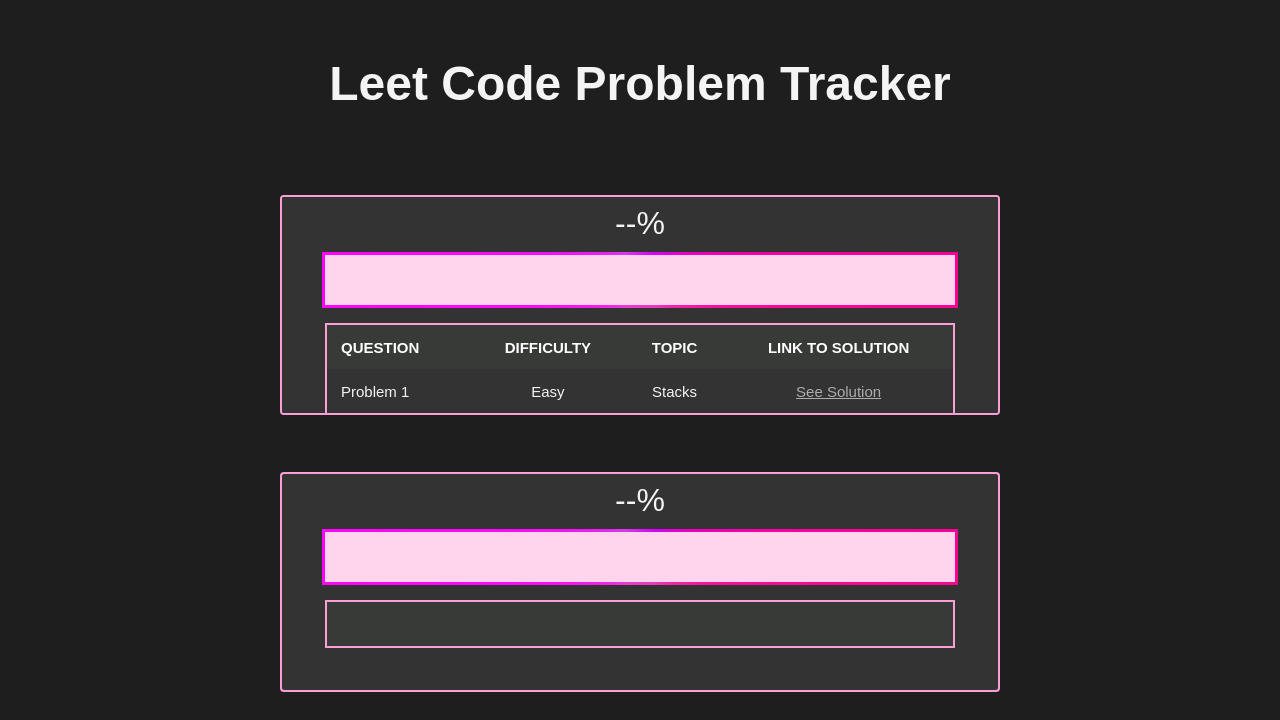
Repository: bbrockbrown/leet-code-tracker
Page: index.html
An editor plug-in stored every save of this project. The page is shown before and after the next save, followed by the edit.
The browser window is 1280 px wide. The pictures show the whole page.

Above is the page before, as saved 2024-07-28 17:33:24.

### index.html
<!DOCTYPE html>
<html lang="en">
<head>
    <meta charset="UTF-8">
    <meta name="viewport" content="width=device-width, initial-scale=1.0">
    <link rel="stylesheet" href="styles.css">
    <script>src="script.js"</script>
    <title>Document</title>
</head>
<body>
    <div class="main">
        <h1 id="header">Leet Code Problem Tracker</h1>
    </div>

    <div class="tracking-container">
        <!-- Have some script grab random leet code problems daily -->
        <div class="todo-tracking">
            <div class="todo-percent">--%</div>
            <div class="progressbar" id="todo-bar"> <!--% Container for progressbar --> </div>
            <table>
                <tbody>
                    <tr>
                        <th>Question</th>
                        <th>Difficulty</th>
                        <th>Topic</th>
                        <th>Link to Solution</th>
                    </tr>

                    <tr>
                        <td>Problem 1</td>
                        <td class="easy-prob">Easy</td>
                        <td class="topic">Stacks</td>
                        <td class="solution"><a href="">See Solution</a></td>
                    </tr>

                    <tr>
                        <td>Problem 1</td>
                        <td class="easy-prob">Easy</td>
                        <td class="topic">Stacks</td>
                        <td class="solution"><a href="">See Solution</a></td>
                    </tr>
                </tbody>
            </table>
        </div>

        <!-- Brings to page with links to completed problems, area to write
         notes about how it was solved, topics used, etc-->
        <div class="completed-tracking">
            <div class="completed-percent">--%</div>
            <div class="progressbar" id="completed-bar"> <!--% Container for progressbar --> </div>
            <table>
                <tbody>
                    <tr>
                        <th></th>
                        <th></th>
                        <th></th>
                    </tr>
                </tbody>
            </table>
        </div>
    </div>
</body>
</html>

### styles.css
:root {
    --tracking-border-color: rgb(255, 159, 213);
}

@keyframes rotate {
	to {
		--angle: 360deg;
	}
}

@property --angle {
  syntax: '<angle>';
  initial-value: 0deg;
  inherits: false;
}

html, body {
    height: 100%;
    display: flex;
    flex-direction: column;
  }

head {
    display: none;
}

body {
    font-family: Arial, sans-serif;
    background: #1e1e1e;
    margin: 0;
    padding: 0;
    color: #f4f4f4;
    overflow: hidden;
    font-size: 90%;
}

.main {
    display: flex;
    flex-flow: column;
    justify-content: center;
    align-items: center;
    padding: 24px;
}

#header {
    font-size: 48px;
}

.tracking-container {
    display: flex;
    flex-flow: row wrap;
    align-items: center;
    justify-content: space-evenly;
    height: 100%;
}

.todo-tracking, .completed-tracking {
    border: 2px solid var(--tracking-border-color);
    border-radius: 4px;
    font-size: 32px;
    text-align: center;
    box-shadow: 8px rgb(255, 159, 213, 0.8);
    height: 200px;
    width: 700px;
    padding: 8px;
    background-color: #333;
    margin: 10px auto;
    display: inline-block;
    max-width: 75%;
    max-height: 85%;
    overflow-y: auto;
    color: #f4f4f4;
}

.todo-tracking:hover, .completed-tracking:hover {
    filter: brightness(85%);
}

/* progress bar fills more as more complete */
.progressbar {
    width: 90%;
    height: 50px;
    border-radius: 8px;
    background-color: rgb(255, 212, 236);
    margin: 10px auto;
    --angle: 0deg;
    /* FOR FUTURE: make it so user can change border gradient */
    --very-pink: rgb(249, 0, 141);
    --pink: rgb(233, 58, 183);
    --pinkish-purple: rgb(233, 58, 210);
    --magenta: magenta;
    --purple: rgb(213, 58, 233);
    --very-purple: rgb(212, 0, 255);
	border: 3px solid;
	border-image: conic-gradient(from var(--angle), var(--very-pink), var(--pink), var(--pinkish-purple), var(--magenta), var(--purple), var(--very-purple), var(--very-pink)) 1;
	animation: 4s rotate linear infinite;
}

table {
    width: 90%;
    display: table;
    margin: 15px auto;
    border-collapse: collapse;
    transition: box-shadow 0.3s ease-in-out;
    border: 2px solid var(--tracking-border-color);
    border-radius: 10px;
    box-shadow: #1e1e1e;
}

tbody {
    display: table-row-group;
    vertical-align: middle;
    unicode-bidi: isolate;
    border-color: inherit;
    font-size: 15px;
}

tr {
    display: table-row;
    vertical-align: inherit;
    unicode-bidi: isolate;
    border-color: inherit;
}

th {
    color: white;
    text-transform: uppercase;
    background-color: #373a37;
}

th:first-child, td:first-child {
    text-align: left;
}

th, td {
    padding: 8px 14px;
    transition: background-color 0.5s;
    height: 28px;
    border: 0px;
    white-space: nowrap;
}

a {
    text-decoration:underline;
    color: inherit;
}

a:visited {
    color: rgb(173, 173, 173);
}

After the next save:
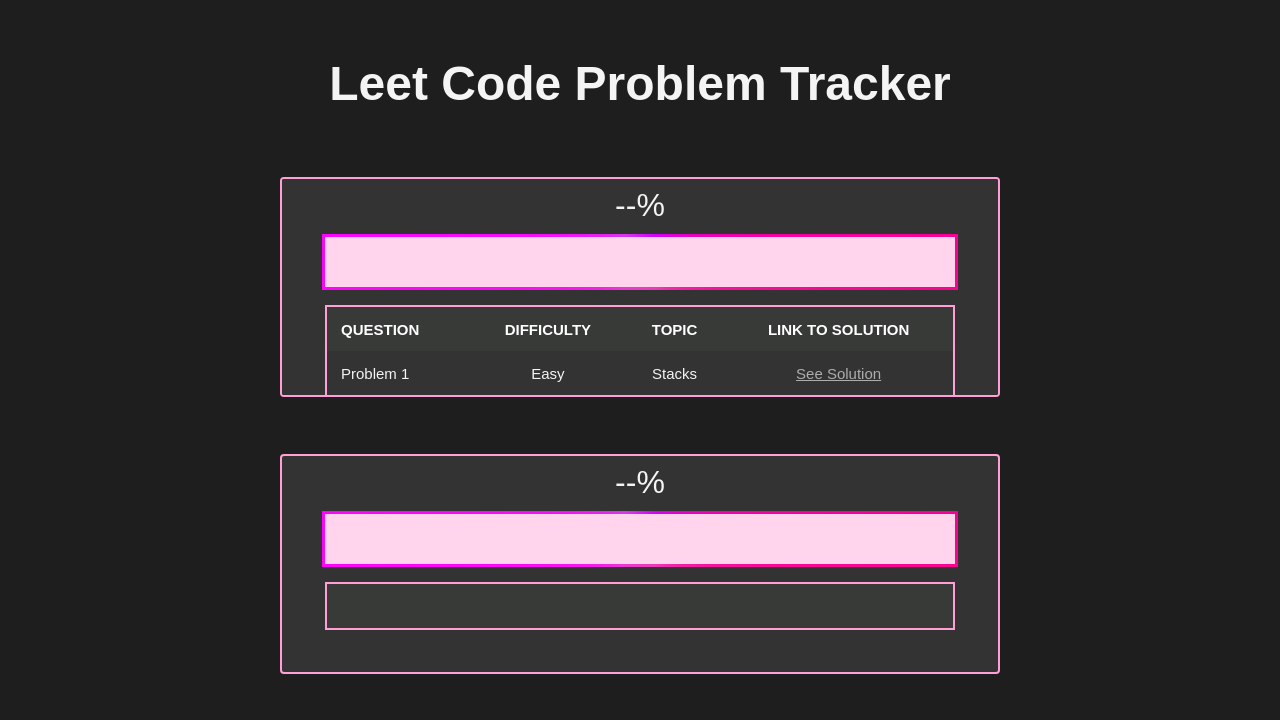
Saved 30 s later.
--- a/styles.css
+++ b/styles.css
@@ -49,7 +49,7 @@ body {
 .tracking-container {
     display: flex;
     flex-flow: row wrap;
-    align-items: center;
+    align-items: flex-start;
     justify-content: space-evenly;
     height: 100%;
 }
